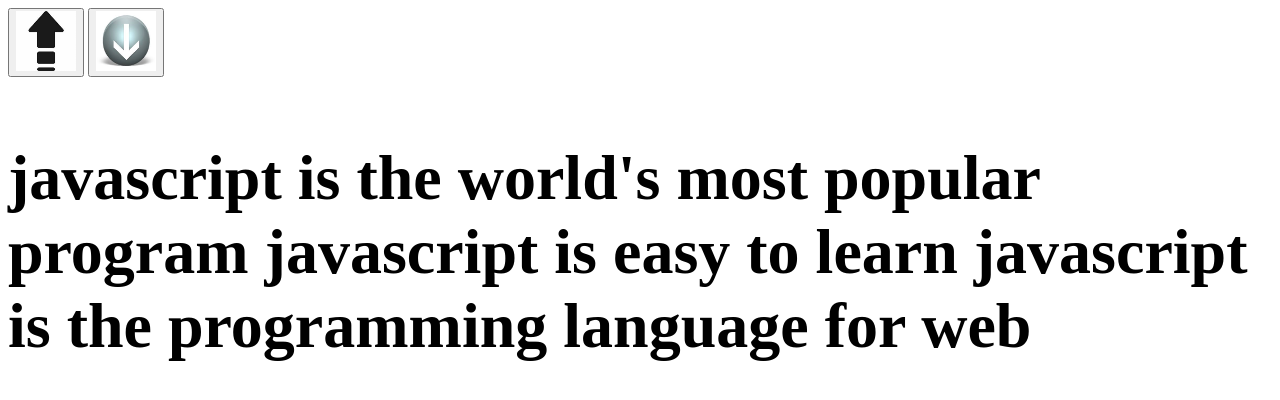
Repository: Balamurugan1914/crud_operation_without_db
Page: Java_Script_Example/src/main/webapp/domparsing.html
These files come from the project's save history. The page is drawn as it stood at one moment and after the next save; the edit follows.
The browser window is 1280 px wide. The pictures show the whole page.
After loading, the first visible `#incbtn` was clicked once.

Above is the page before, as saved 2022-06-28 12:44:49.

### Java_Script_Example/src/main/webapp/domparsing.html
<!DOCTYPE html>
<html>
<head>
<meta charset="UTF-8">
<title>Insert title here</title>
<style type="text/css">

.dom{

width: 60px;
height: 60px;
}

.fontsizeup{

font-size: 1.0em;



}
.fontsizeup1{

font-size: 0.2em;


}
</style>
</head>
<body>

<button id="incbtn" onclick="addClickEvent()"><img alt="increase font size" src="images/index1.jpeg" id="increment" class="dom" ></button>
<button id="decbtn" onclick="addClickEvent()"><img alt="decrease font size" src="images/images1.jpeg" id="decrement" class="dom"></button>

<h1>
<p id="para1"> javascript is the world's most popular program

javascript is easy to learn

javascript is the programming language for web</p>


</h1>

<script type="text/javascript" src="Script/dom.js"></script>

</body>
</html>

### Java_Script_Example/src/main/webapp/Script/dom.js
/**
 *
 */
var a = 1;


function intfontsize(){

	a=a+1;

	var par = document.getElementById("para1");

	par.setAttribute('style','font-size:'+a+'em')

}
function intfontsize1(){

	a=a-1;
	var par = document.getElementById("para1");

	par.setAttribute('style','font-size:'+a+'em')

}

function addClickEvent(){

	var incButton = document.getElementById("incbtn");

	incButton.addEventListener('click', intfontsize);

	var incButton = document.getElementById("decbtn");

	incButton.addEventListener('click', intfontsize1);

}

(function(){

	addClickEvent();


})();

After the next save:
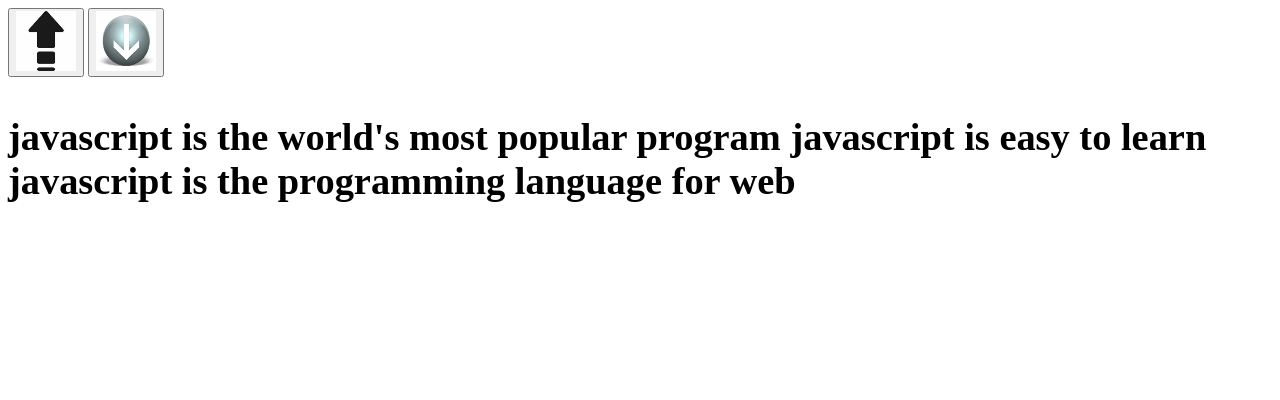
Saved 33 s later.
--- a/Java_Script_Example/src/main/webapp/Script/dom.js
+++ b/Java_Script_Example/src/main/webapp/Script/dom.js
@@ -10,7 +10,7 @@
 
 	var par = document.getElementById("para1");
 
-	par.setAttribute('style','font-size:'+a+'em')
+	par.setAttribute('style','font-size:'+1.2+'em')
 
 }
 function intfontsize1(){
@@ -18,7 +18,7 @@
 	a=a-1;
 	var par = document.getElementById("para1");
 
-	par.setAttribute('style','font-size:'+a+'em')
+	par.setAttribute('style','font-size:'+0.2+'em')
 
 }
 

After the save that followed:
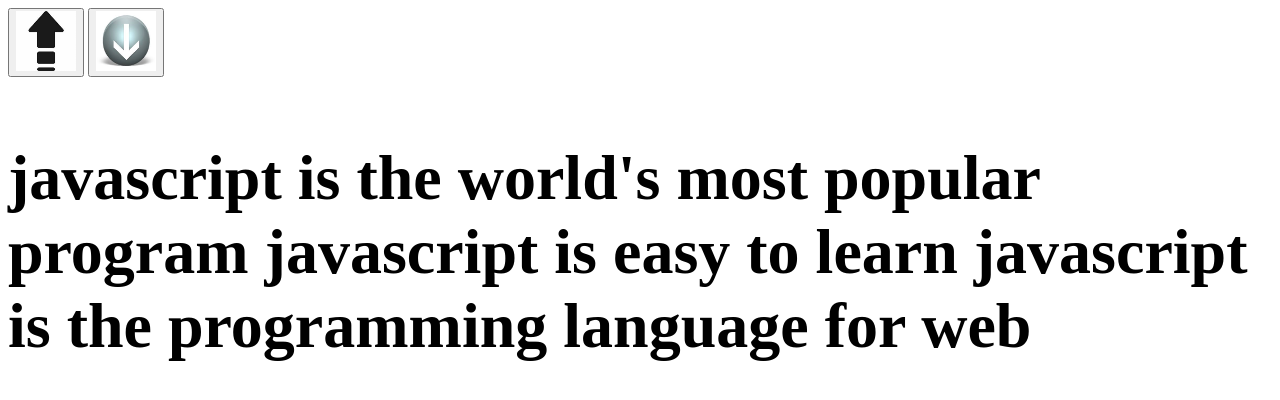
Saved 17 s later.
--- a/Java_Script_Example/src/main/webapp/Script/dom.js
+++ b/Java_Script_Example/src/main/webapp/Script/dom.js
@@ -10,7 +10,7 @@
 
 	var par = document.getElementById("para1");
 
-	par.setAttribute('style','font-size:'+1.2+'em')
+	par.setAttribute('style','font-size:'+a+'em')
 
 }
 function intfontsize1(){
@@ -18,7 +18,7 @@
 	a=a-1;
 	var par = document.getElementById("para1");
 
-	par.setAttribute('style','font-size:'+0.2+'em')
+	par.setAttribute('style','font-size:'+a+'em')
 
 }
 
